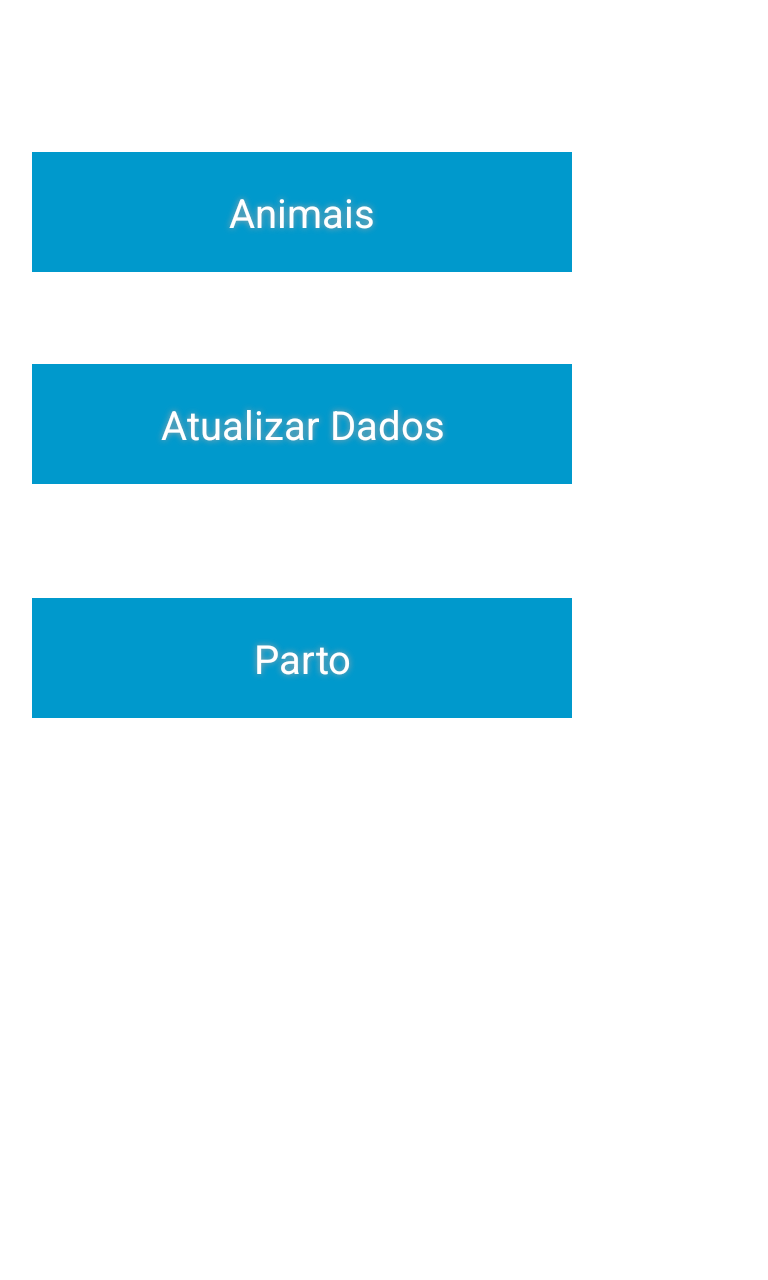
Repository: vpamaral/TaurusMobile
Layout: TaurusMobile/res/layout/activity_main.xml
An editor plug-in stored every save of this project. The layout is shown before and after the next save, followed by the edit.
It is drawn on a 768 x 1280 px phone screen (xhdpi) without system bars, with theme AppTheme; the app's code is not run.

Above is the layout before, as saved 2015-05-15 16:15:35.

### TaurusMobile/res/layout/activity_main.xml
<LinearLayout xmlns:android="http://schemas.android.com/apk/res/android"
    xmlns:tools="http://schemas.android.com/tools"
    android:layout_width="match_parent"
    android:layout_height="match_parent"
    android:orientation="vertical"
    android:paddingBottom="@dimen/activity_vertical_margin"
    android:paddingLeft="@dimen/activity_horizontal_margin"
    android:paddingRight="@dimen/activity_horizontal_margin"
    android:paddingTop="@dimen/activity_vertical_margin"
    tools:context="br.com.taurusmobile.ui.MainActivity" >

    <LinearLayout
        android:id="@+id/linearLayout1"
        android:layout_width="fill_parent"
        android:layout_height="wrap_content" >

        <Button
            android:id="@+id/btn_animal"
            android:layout_width="270dp"
            android:layout_height="60dp"
            android:layout_alignLeft="@+id/btn_atualiza"
            android:layout_below="@+id/btn_atualiza"
            android:layout_marginTop="60dp"
            android:background="@drawable/btn_selector"
            android:shadowColor="#A8A8A8"
            android:shadowDx="0"
            android:shadowDy="0"
            android:shadowRadius="5"
            android:text="Animais"
            android:textColor="#FFFFFF"
            android:textSize="20sp" />
    </LinearLayout>

    <LinearLayout
        android:id="@+id/linearLayout2"
        android:layout_width="fill_parent"
        android:layout_height="wrap_content" >

        <Button
            android:id="@+id/btn_atualiza"
            android:layout_width="270dp"
            android:layout_height="60dp"
            android:layout_alignParentTop="true"
            android:layout_centerHorizontal="true"
            android:layout_marginTop="46dp"
            android:background="@drawable/btn_selector"
            android:shadowColor="#A8A8A8"
            android:shadowDx="0"
            android:shadowDy="0"
            android:shadowRadius="5"
            android:text="Atualizar Dados"
            android:textColor="#FFFFFF"
            android:textSize="20sp" />
    </LinearLayout>

    <LinearLayout
        android:id="@+id/linearLayout3"
        android:layout_width="fill_parent"
        android:layout_height="wrap_content" >

        <Button
            android:id="@+id/btn_parto"
            android:layout_width="270dp"
            android:layout_height="60dp"
            android:layout_alignLeft="@+id/btn_animal"
            android:layout_below="@+id/btn_animal"
            android:layout_marginTop="57dp"
            android:background="@drawable/btn_selector"
            android:shadowColor="#A8A8A8"
            android:shadowDx="0"
            android:shadowDy="0"
            android:shadowRadius="5"
            android:text="Parto"
            android:textColor="#FFFFFF"
            android:textSize="20sp" />
    </LinearLayout>

</LinearLayout>

### TaurusMobile/res/drawable/btn_selector.xml
<?xml version="1.0" encoding="utf-8"?>
<selector xmlns:android="http://schemas.android.com/apk/res/android" android:shape="rectangle">
    <item android:drawable="@android:color/holo_blue_light" android:state_pressed="true"/>
     <item android:drawable="@android:color/holo_blue_dark"/>
</selector>

Loaded but not shown: TaurusMobile/res/values/styles.xml (common file); TaurusMobile/res/values-v11/styles.xml (common file); TaurusMobile/res/values-v14/styles.xml (common file); TaurusMobile/res/values/dimens.xml (common file); TaurusMobile/res/values-w820dp/dimens.xml (common file)

After the next save:
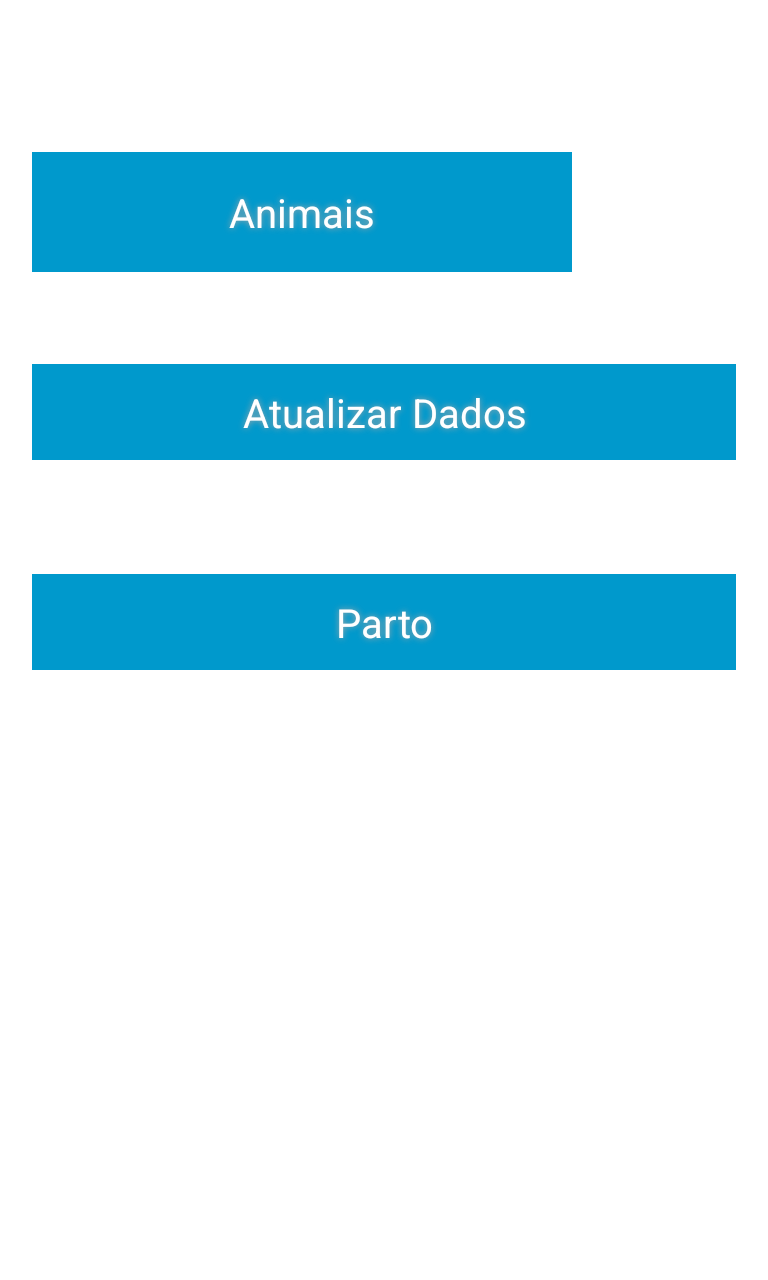
Saved 63 s later.
--- a/TaurusMobile/res/layout/activity_main.xml
+++ b/TaurusMobile/res/layout/activity_main.xml
@@ -38,8 +38,8 @@
 
         <Button
             android:id="@+id/btn_atualiza"
-            android:layout_width="270dp"
-            android:layout_height="60dp"
+            android:layout_width="match_parent"
+            android:layout_height="wrap_content"
             android:layout_alignParentTop="true"
             android:layout_centerHorizontal="true"
             android:layout_marginTop="46dp"
@@ -60,8 +60,8 @@
 
         <Button
             android:id="@+id/btn_parto"
-            android:layout_width="270dp"
-            android:layout_height="60dp"
+            android:layout_width="match_parent"
+            android:layout_height="wrap_content"
             android:layout_alignLeft="@+id/btn_animal"
             android:layout_below="@+id/btn_animal"
             android:layout_marginTop="57dp"
